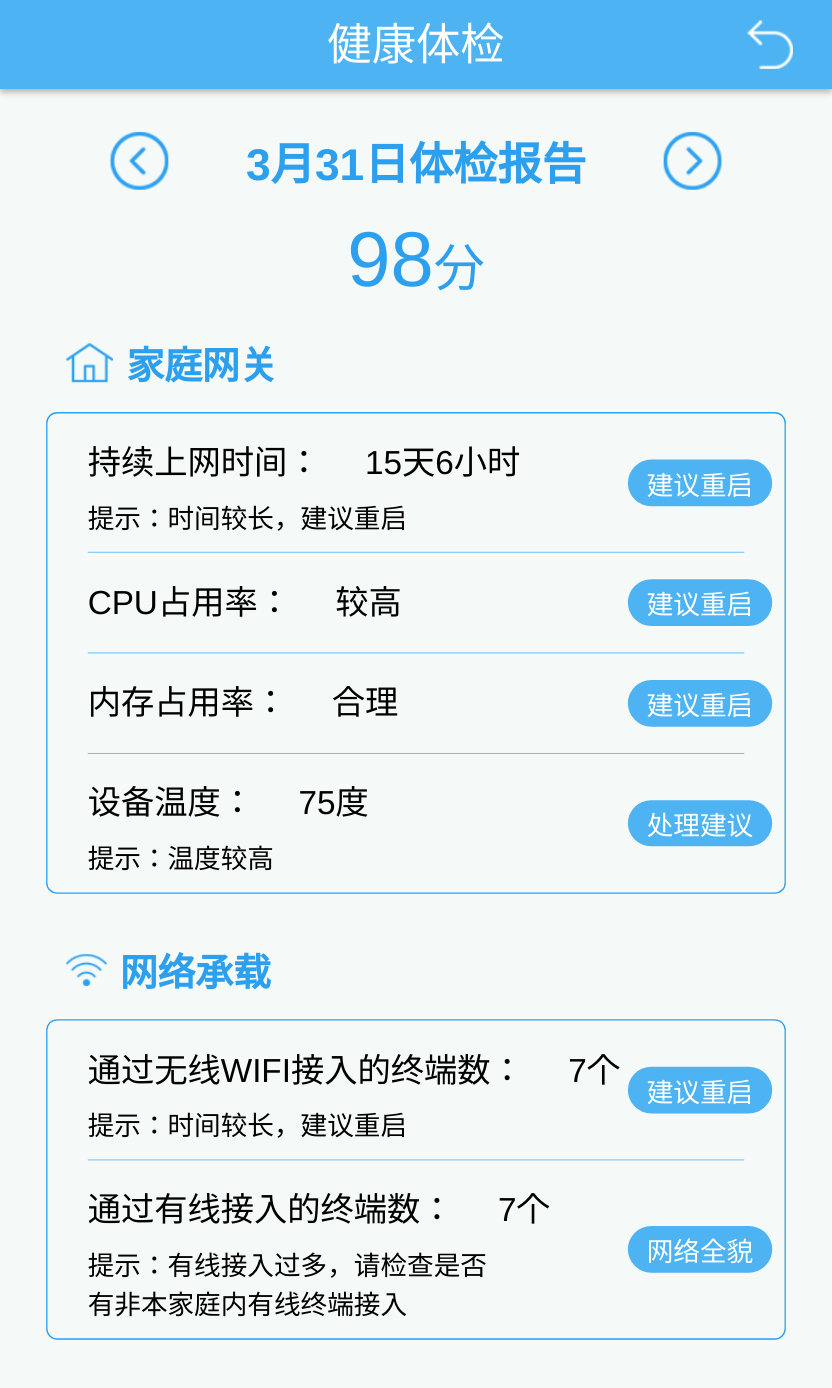
Repository: wangbiaozy/8.24
Page: index_health.html
The author's editor kept a copy of each file at every save. The page is drawn from the files as they stood at one save, then again after the next save.
The browser window is 1280 px wide. The pictures show the whole page, at 65% of full size.

Above is the page before, as saved 2018-08-23 20:49:25.

After the next save:
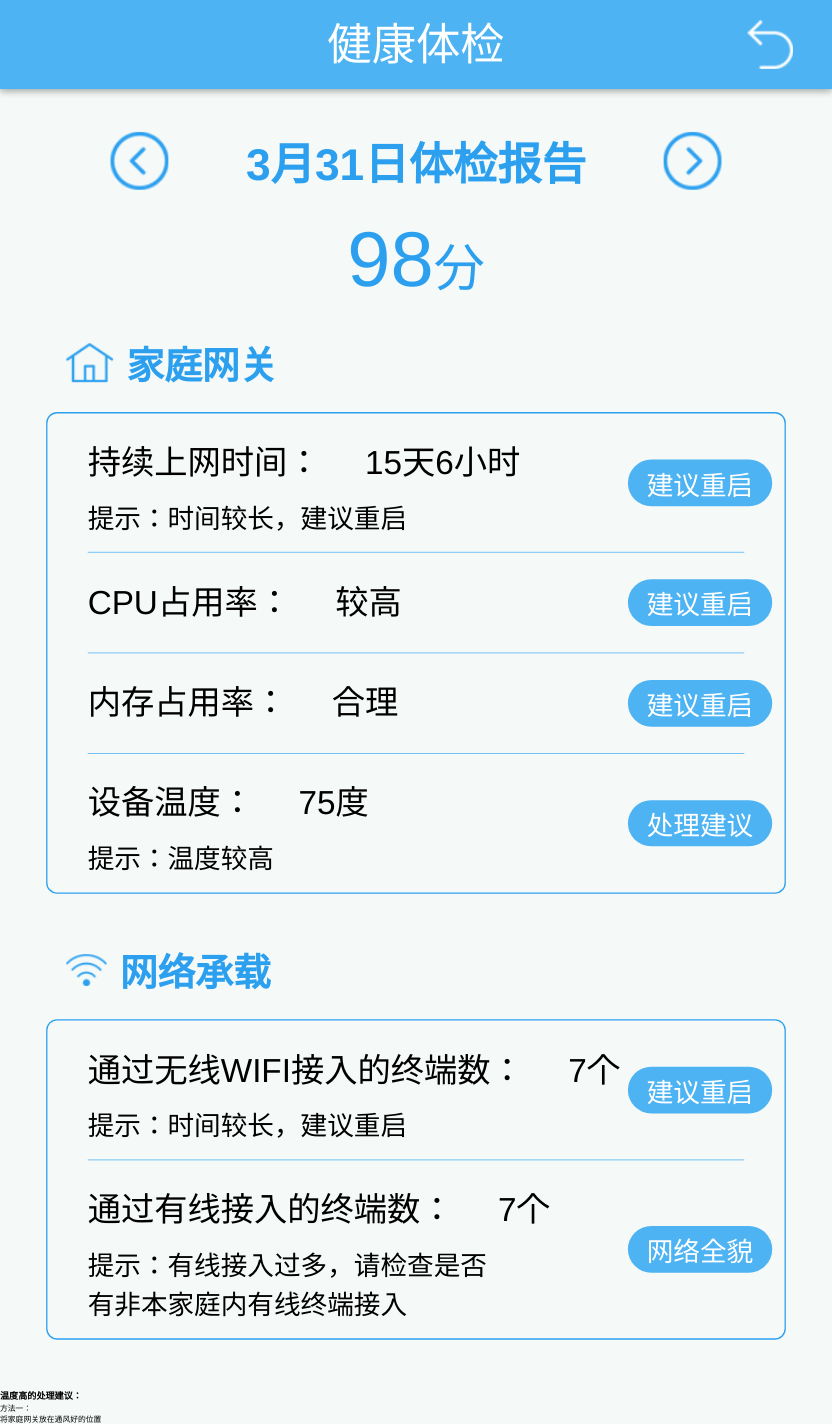
Saved 96 s later.
--- a/index_health.html
+++ b/index_health.html
@@ -65,6 +65,18 @@
         </ul>
     </main>
     <!-- 高温处理建议弹窗 -->
+    <section class="hot_tc">
+        <h3>
+            <span></span>
+            <p>温度高的处理建议：</p>
+        </h3>
+        <ul>
+            <li>
+                <p>方法一：</p>
+                <p>将家庭网关放在通风好的位置</p>
+            </li>
+        </ul>
+    </section>
 </body>
 </html>
 <script src="js/jquery-1.10.1.min.js"></script>
